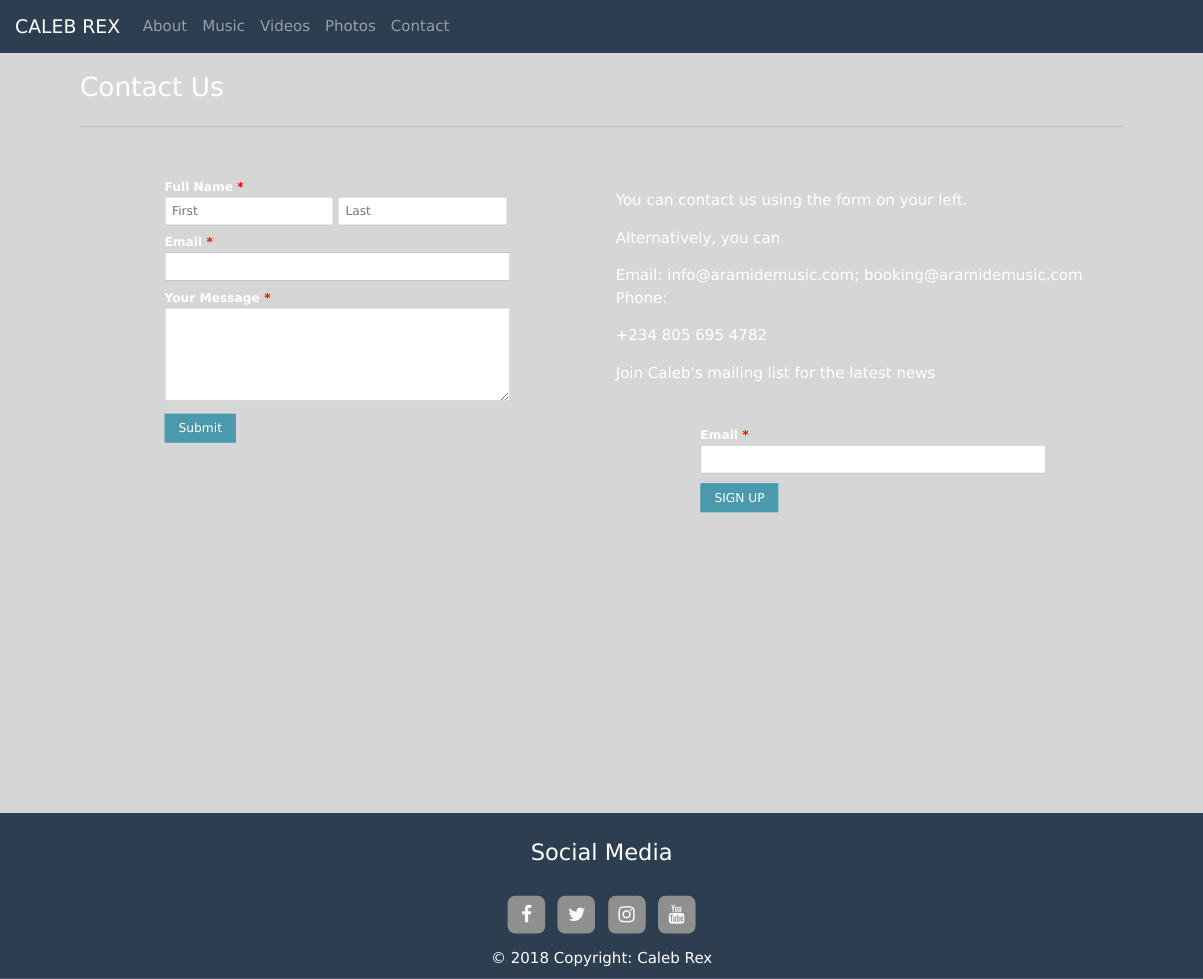
Repository: IchaTreasure/caleb-rex
Page: contact.html
The author's editor kept a record of every edit. The page is drawn from the files as they stood at one moment, then again after the next edit.
The browser window is 1280 px wide. The pictures show the whole page, at 94% of full size.
Some web libraries are served in a nearby version.

Above is the page before.

### contact.html
<!DOCTYPE html>
<html lang="en">

<head>
    <meta charset="UTF-8">
    <meta name="viewport" content="width=device-width, initial-scale=1.0">
    <meta http-equiv="X-UA-Compatible" content="ie=edge">
    <link rel="stylesheet" href="https://maxcdn.bootstrapcdn.com/bootstrap/4.1.3/css/bootstrap.min.css">
    <link rel="stylesheet" href="https://use.fontawesome.com/releases/v5.6.1/css/all.css" integrity="sha384-gfdkjb5BdAXd+lj+gudLWI+BXq4IuLW5IT+brZEZsLFm++aCMlF1V92rMkPaX4PP" crossorigin="anonymous">
    <link rel="stylesheet" href="https://stackpath.bootstrapcdn.com/bootstrap/4.3.1/css/bootstrap.min.css" type="text/css" />
    <link rel="stylesheet" href="https://stackpath.bootstrapcdn.com/font-awesome/4.7.0/css/font-awesome.min.css" type="text/css" />
    <link rel="stylesheet" href="https://cdnjs.cloudflare.com/ajax/libs/hover.css/2.3.1/css/hover-min.css" type="text/css" />
    <link href="https://fonts.googleapis.com/css?family=Roboto:400,700" rel="stylesheet">
    <link rel="stylesheet" href="css/style.css" type="text/css" />
    <title>Caleb Rex</title>
</head>

<body style="background-color: #2c3e50">
    <!-- ------------------------------------------------------------------------------------------------------Navigation Bar -->
    <nav class="navbar navbar-expand-md navbar-dark fixed-top" style="background-color: #2c3e50">
        <a class="navbar-brand" href="index.html">CALEB REX</a>
        <button class="navbar-toggler" type="button" data-toggle="collapse" data-target="#navbarsExampleDefault" aria-controls="navbarsExampleDefault" aria-expanded="false" aria-label="Toggle navigation">
    <span class="navbar-toggler-icon"></span>
  </button>

        <div class="collapse navbar-collapse" id="navbarsExampleDefault">
            <ul class="navbar-nav mr-auto">
                <li class="nav-item right" data-toggle="collapse" data-target=".navbar-collapse.show">
                    <a class="nav-link" href="about.html">About</a>
                </li>
                <li class="nav-item right" data-toggle="collapse" data-target=".navbar-collapse.show">
                    <a class="nav-link" href="music.html">Music</a>
                </li>
                <li class="nav-item right" data-toggle="collapse" data-target=".navbar-collapse.show">
                    <a class="nav-link" href="videos.html">Videos</a>
                </li>
                <li class="nav-item right" data-toggle="collapse" data-target=".navbar-collapse.show">
                    <a class="nav-link" href="photos.html">Photos</a>
                </li>
                <li class="nav-item right" data-toggle="collapse" data-target=".navbar-collapse.show">
                    <a class="nav-link" href="contact.html">Contact</a>
                </li>
            </ul>
        </div>
    </nav>

    <!-- contact section -->
    <section style="background-color: #D6D6D6">
        <!-- Page Content -->
        <div class="container" Style="padding-top: 20px">
            <div class="row">
                <h3 style="padding-left: 15px">Contact Us</h3>
            </div>
            <hr>
            <div class="row">
                <div class="col-md-6">
                    <form action="mailto:treasureicha82@gmail.com" method="post" enctype="text/plain" style="padding-bottom: 300px">
                        <ul class="form-style-1">
                            <li>
                                <label>Full Name <span class="required">*</span></label>
                                <input type="text" name="firstname" class="field-divided" placeholder="First" />
                                <input type="text" name="lastname" class="field-divided" placeholder="Last" />
                            </li>
                            <li>
                                <label>Email <span class="required">*</span></label>
                                <input type="email" name="email" class="field-long" />
                            </li>
                            <li>
                                <label>Your Message <span class="required">*</span></label>
                                <textarea name="message" id="message" class="field-long field-textarea"></textarea>
                            </li>
                            <li>
                                <input type="submit" value="Submit" />
                            </li>
                        </ul>
                    </form>
                </div>
                <div class="col-md-6" style="padding-top: 50px">
                    <p>
                        You can contact us using the form on your left.
                    </p>
                    <p>
                        Alternatively, you can
                    </p>
                    <p>
                        Email: info@aramidemusic.com; booking@aramidemusic.com Phone:
                    </p>
                    <p>
                        +234 805 695 4782
                    </p>


                    <form action="mailto:treasureicha82@gmail.com" method="post" enctype="text/plain" style="padding-bottom: 300px; padding-left: -50px;">
                        <p>
                            Join Caleb's mailing list for the latest news
                        </p>
                        <ul class="form-style-1">
                            <li>
                                <label>Email <span class="required">*</span></label>
                                <input type="email" name="email" class="field-long" />
                            </li>
                            <li>
                                <input type="submit" value="SIGN UP" />
                            </li>
                        </ul>
                    </form>
                </div>
            </div>
        </div>
    </section>

    <!-- Footer -->
    <footer class="py-1" style="background-color: #2c3e50; text-align: center;">
        <div class="container">
            <br>
            <h4 style="color: white;">Social Media</h4>
            <br>
            <ul class="list-inline social-links">
                <li class="list-inline-item">
                    <a target="_blank" href="https://www.facebook.com/caleb.rex.96"><i class = " fa fa-facebook" aria-hidden="true"></i><span class = "sr-only">Facebook</span></a>
                </li>
                <li class="list-inline-item">
                    <a target="_blank" href="https://twitter.com/calebrex01"><i class = " fa fa-twitter" aria-hidden="true"></i><span class = "sr-only">Twitter</span></a>
                </li>
                <li class="list-inline-item">
                    <a target="_blank" href="https://www.instagram.com/caleb.rex01/"><i class = " fa fa-instagram" aria-hidden="true"></i><span class = "sr-only">Instagram</span></a>
                </li>
                <li class="list-inline-item">
                    <a target="_blank" href="https://www.youtube.com/channel/UC_B7e65upco510Sio9dZJhg"><i class = " fa fa-youtube" aria-hidden="true"></i><span class = "sr-only">Youtube</span></a>
                </li>
            </ul>
        </div>
        <h6 style="text-align: center; color: white;">© 2018 Copyright: Caleb Rex</h6>
        <!-- /.container -->
    </footer>
    <!-- Bootstrap core JavaScript -->
    <script src="https://code.jquery.com/jquery-3.3.1.slim.min.js" integrity="sha384-q8i/X+965DzO0rT7abK41JStQIAqVgRVzpbzo5smXKp4YfRvH+8abtTE1Pi6jizo" crossorigin="anonymous"></script>
    <script src="https://cdnjs.cloudflare.com/ajax/libs/popper.js/1.14.7/umd/popper.min.js" integrity="sha384-UO2eT0CpHqdSJQ6hJty5KVphtPhzWj9WO1clHTMGa3JDZwrnQq4sF86dIHNDz0W1" crossorigin="anonymous"></script>
    <script src="https://stackpath.bootstrapcdn.com/bootstrap/4.3.1/js/bootstrap.min.js" integrity="sha384-JjSmVgyd0p3pXB1rRibZUAYoIIy6OrQ6VrjIEaFf/nJGzIxFDsf4x0xIM+B07jRM" crossorigin="anonymous"></script>
</body>

</html>

### css/style.css
/*---------------------------- css for body */
body {
  font-family: 'Lucida Grande', sans-serif;
  padding-top: 56px;
}

ul li a .active-page
{
  background-color:black;
}

p{
	color: white;
}

h1, h2, h3, h4, h5, h6 {
	color: white;
}

label{
	color: white;
}

/*----------------------------------------- Modal Styling */
.modal-body{
    color: #615650;
    text-align: center;
}

.modal-content{
    background-color: #dbc7bd;
    padding: 20px;
}

.img-hover:hover{
    cursor: pointer;
    opacity: 0.6;
    transition: all 0.35s ease-in-out;
    -moz-transition: all 0.35s ease-in-out;
    -webkit-transition: all 0.35s ease-in-out;
    -o-transition: all 0.35s ease-in-out;
}

/*---------------------------- css for contact form*/
.form-style-1 {
	margin:10px auto;
	max-width: 400px;
	padding: 20px 12px 10px 20px;
	font: 13px "Lucida Sans Unicode", "Lucida Grande", sans-serif;
}
.form-style-1 li {
	padding: 0;
	display: block;
	list-style: none;
	margin: 10px 0 0 0;
}
.form-style-1 label{
	margin:0 0 3px 0;
	padding:0px;
	display:block;
	font-weight: bold;
}
.form-style-1 input[type=text],
.form-style-1 input[type=date],
.form-style-1 input[type=datetime],
.form-style-1 input[type=number],
.form-style-1 input[type=search],
.form-style-1 input[type=time],
.form-style-1 input[type=url],
.form-style-1 input[type=email],
textarea,
select{
	box-sizing: border-box;
	-webkit-box-sizing: border-box;
	-moz-box-sizing: border-box;
	border:1px solid #BEBEBE;
	padding: 7px;
	margin:0px;
	-webkit-transition: all 0.30s ease-in-out;
	-moz-transition: all 0.30s ease-in-out;
	-ms-transition: all 0.30s ease-in-out;
	-o-transition: all 0.30s ease-in-out;
	outline: none;
}

.form-style-1 input[type=text]:focus,
.form-style-1 input[type=date]:focus,
.form-style-1 input[type=datetime]:focus,
.form-style-1 input[type=number]:focus,
.form-style-1 input[type=search]:focus,
.form-style-1 input[type=time]:focus,
.form-style-1 input[type=url]:focus,
.form-style-1 input[type=email]:focus,
.form-style-1 textarea:focus,
.form-style-1 select:focus{
	-moz-box-shadow: 0 0 8px #88D5E9;
	-webkit-box-shadow: 0 0 8px #88D5E9;
	box-shadow: 0 0 8px #88D5E9;
	border: 1px solid #88D5E9;
}

.form-style-1 .field-divided{
	width: 49%;
}

.form-style-1 .field-long{
	width: 100%;
}
.form-style-1 .field-select{
	width: 100%;
}
.form-style-1 .field-textarea{
	height: 100px;
}
.form-style-1 input[type=submit], .form-style-1 input[type=button]{
	background: #4B99AD;
	padding: 8px 15px 8px 15px;
	border: none;
	color: #fff;
}

.form-style-1 input[type=submit]:hover, .form-style-1 input[type=button]:hover{
	background: #4691A4;
	box-shadow:none;
	-moz-box-shadow:none;
	-webkit-box-shadow:none;
}

.form-style-1 .required{
	color:red;
}

/*---------------------------- css for footer*/
footer {
  background-color: #7D0D11;
  color: black;
}

.social-links li a i {
  width: 40px;
  height: 40px;
  padding: 10px;
  border-radius: 20%;
  font-size: 20px;
  line-height: 20px;
  text-align: center;
  color: #fafafa;
  background: #8f8f8f;
  transition: all 0.35s ease-in-out;
  -moz-transition: all 0.35s ease-in-out;
  -webkit-transition: all 0.35s ease-in-out;
  -o-transition: all 0.35s ease-in-out;
}

.social-links li a i:hover {
  background: black;
}

After the next edit:
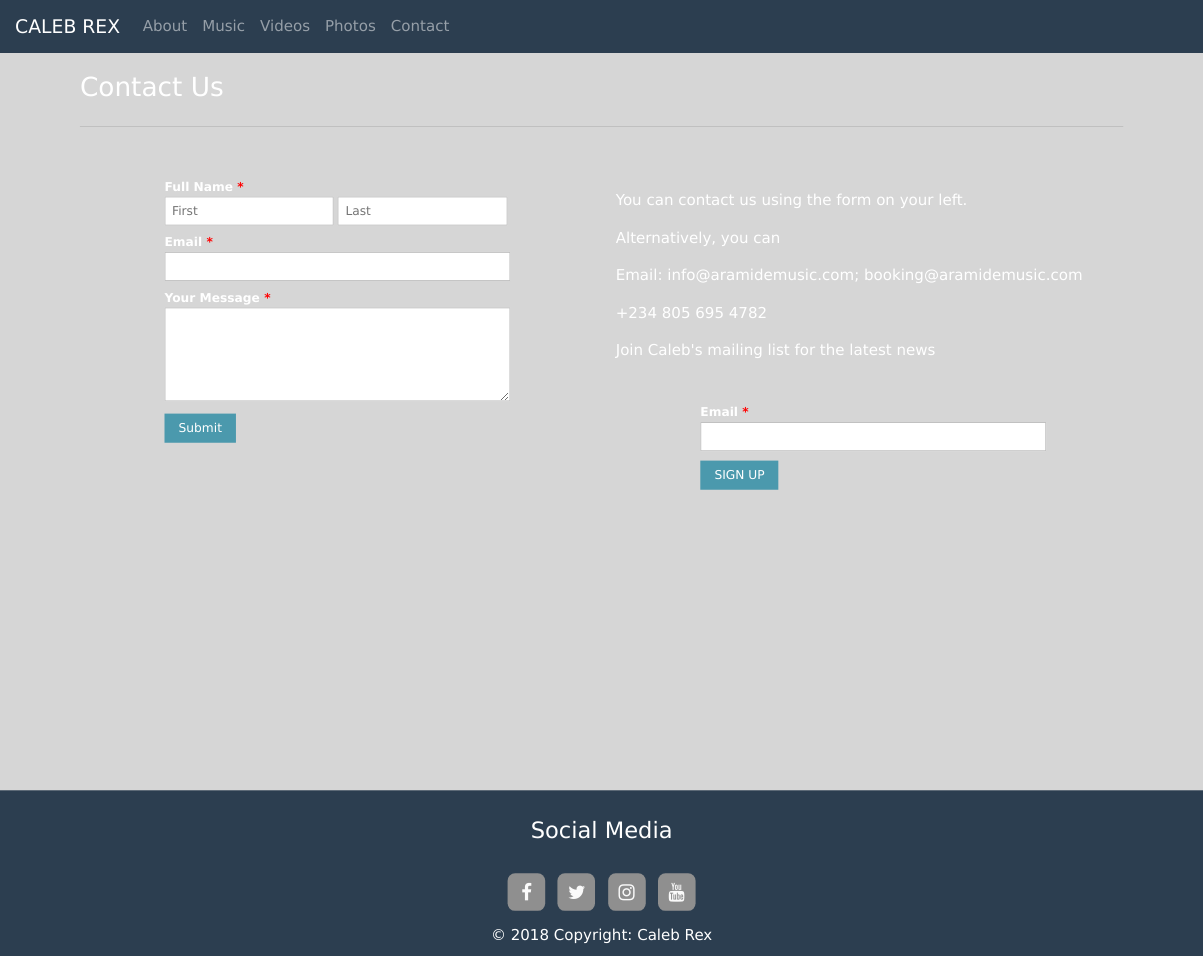
The edit:
--- a/contact.html
+++ b/contact.html
@@ -83,7 +83,7 @@
                         Alternatively, you can
                     </p>
                     <p>
-                        Email: info@aramidemusic.com; booking@aramidemusic.com Phone:
+                        Email: info@aramidemusic.com; booking@aramidemusic.com
                     </p>
                     <p>
                         +234 805 695 4782
